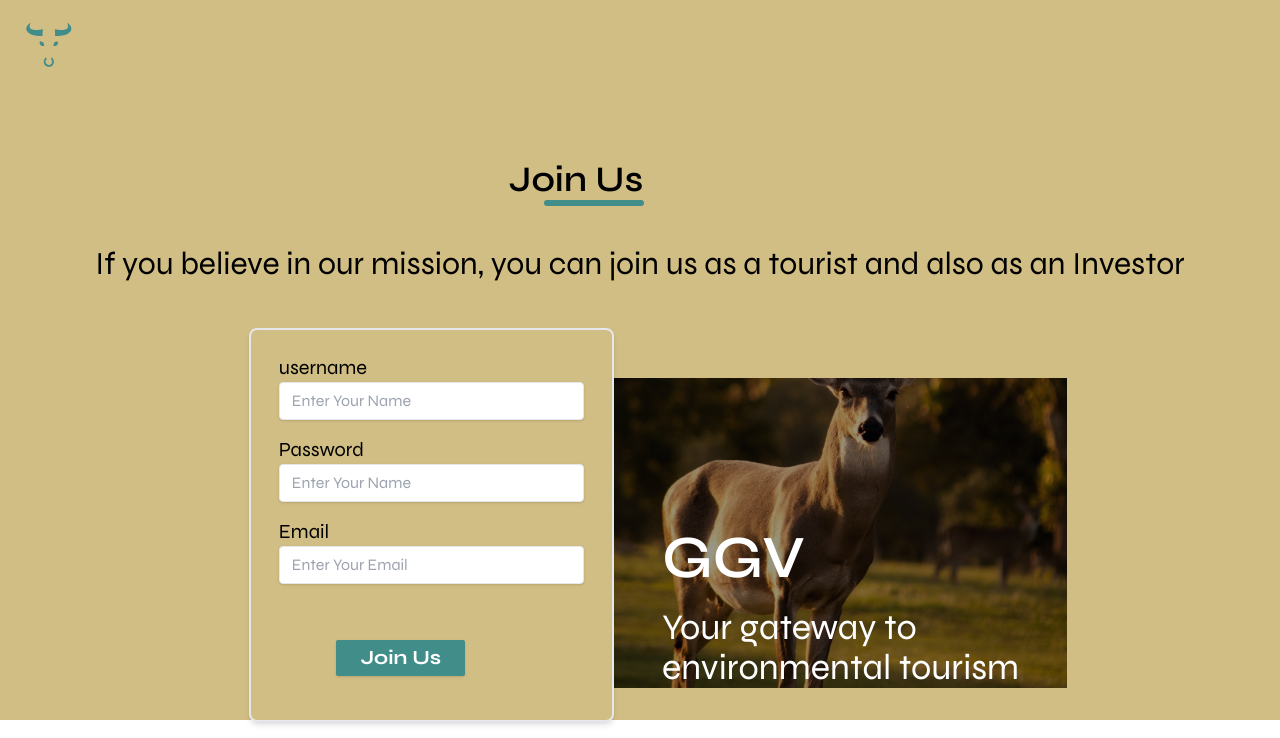
Repository: EngrAhmadUmar/landing-page
Page: /register
These files come from the project's save history. The page is drawn as it stood at one moment and after the next save; the edit follows.
The browser window is 1280 px wide. The pictures show the whole page.
The project was rebuilt for these pictures with package versions that can differ from the ones it lists, and the page was loaded fresh each time. The framework's server and built-in components were replaced by stand-ins that run in the browser. Also part of the build but not shown: next.config.js, src/Components/ApplyPageComponents/ApplyForm.jsx, src/Components/ApplyPageComponents/LoginForm.jsx.

Above is the page before, as saved 2022-07-06 10:42:51.

### pages/_app.js
import "../styles/globals.css";
import { ApolloClient, InMemoryCache, ApolloProvider } from "@apollo/client";

//apollo clients
const client = new ApolloClient({
  uri: "http://localhost:1337/graphql",
  cache: new InMemoryCache()
});

function MyApp({ Component, pageProps }) {
  return (
    <ApolloProvider client={client}>
      <Component {...pageProps} />
    </ApolloProvider>
  );
}

export default MyApp;

### pages/register.js
import React from "react";
import { RegisterForm } from "../src/Components/ApplyPageComponents/Index";

export default function Login() {
  return (
    <React.Fragment>
      <div className="bg-[#d1be84] h-[100vh]">
        <RegisterForm />
      </div>
    </React.Fragment>
  );
}

### pages/api/checkout_sessions.js
const stripe = require("stripe")(process.env.STRIPE_SECRET_KEY);

export default async function handler(req, res) {
  if (req.method === "POST") {
    try {
      const sgMail = require("@sendgrid/mail");
      sgMail.setApiKey(process.env.SENDGRID_API_KEY);
      const message = {
        to: "zcaptain65@gmail.com",
        from: "zcaptain2002@gmail.com",
        // subject: "Scenario 44",
        // text: "Lift and coast where possible",
        templateId: "d-f408be01db99489cbd757d4607cf23f2",
        dynamicTemplateData: {
          subject: "GGV Test Email",
        },
        // html: "<h1>Success</h1> <p>We received your purchase request;<br/> we'll be in touch shortly!</p>",
      };

      sgMail
        .send(message)
        .then((response) => console.log("Email Sent"))
        .catch((error) => console.log(error.message));
      // Create Checkout Sessions from body params.
      const session = await stripe.checkout.sessions.create({
        line_items: [
          {
            // Provide the exact Price ID (for example, pr_1234) of the product you want to sell
            price: "price_1LG6qaFQPGmzrn5tDKjmnos3",
            quantity: 1,
          },
        ],
        mode: "payment",

        success_url: `${req.headers.origin}/payments/?success=true`,
        cancel_url: `${req.headers.origin}/payments/?canceled=true`,
      });
      res.redirect(303, session.url);
    } catch (err) {
      res.status(err.statusCode || 500).json(err.message);
    }
  } else {
    res.setHeader("Allow", "POST");
    res.status(405).end("Method Not Allowed");
  }
}

### styles/globals.css
@import url("https://fonts.googleapis.com/css2?family=Poppins:wght@400;500;600&family=Syne:wght@400;500;600;700&display=swap");

@tailwind base;
@tailwind components;
@tailwind utilities;

### src/Components/ApplyPageComponents/Index.jsx
export { default as ApplyForm } from "./ApplyForm";
export { default as LoginForm } from "./LoginForm";
export { default as RegisterForm } from "./RegisterForm";

### src/Components/ApplyPageComponents/RegisterForm.jsx
import { gql, useMutation } from "@apollo/client";
import Head from "next/head";
import Image from "next/image";
import { useState } from "react";
import styles from "../../../styles/Home.module.css";

const reg = gql`
  mutation joinUs($username: String!, $email: String!, $password: String!) {
    register(
      input: { username: $username, email: $email, password: $password }
    ) {
      jwt
      user {
        id
        email
      }
    }
  }
`;

const JoinUs = () => {
  const [username, setUsername] = useState("");
  const onChangeUsername = (e) => {
    setUsername(e.target.value);
  };
  const [email, setEmail] = useState("");
  const onChangeEmail = (e) => {
    setEmail(e.target.value);
  };
  const [password, setPassword] = useState("");
  const onChangePassword = (e) => {
    setPassword(e.target.value);
  };

  const [joinUs, { data, loading, error }] = useMutation(reg, {
    variables: {
      username: username,
      email: email,
      password: password
    }
  });

  const onSubmit = (e) => {
    e.preventDefault();
    if (username === "" || email === "" || password === "") {
      return alert("please fill in all fields");
    }
    joinUs(username, password, email);

    setEmail("");
    setPassword("");
    setUsername("");
  };

  return (
    <div className=" font-syne " id="joinUs">
      <Head>
        <title>Welcome to GGV</title>
        <meta name="description" content="Join Our Family" />
      </Head>
      <div className="w-[50px] h-40 pt-5 ml-6">
        <Image
          src="/logo.svg"
          layout="responsive"
          width={5}
          height={5}
          opacity={100}
        />
      </div>
      <div className="">
        <div className="max-w-[90vw]">
          <h3 className="text-4xl font-semibold text-center ">Join Us</h3>
          <div className={`${styles.header} ${"text-center w-[85vw]"}`}></div>
        </div>

        <p className="text-center mt-8 px-4 leading-loose text-[1.3rem] md:text-[1.5rem] lg:text-[2rem] lg:px-[4rem]">
          If you believe in our mission, you can join us as a tourist and also
          as an Investor{" "}
        </p>
      </div>

      <div className="max-w-md md:max-w-3xl lg:max-w-full ml-[5vh] mt-8 flex items-center justify-center">
        <form
          onSubmit={onSubmit}
          className="pt-6 pb-8 mb-4 border-2 rounded-lg shadow-md px-7 border-gray "
        >
          <div className="mb-4">
            <label className="text-lg md:text-xl">username</label>
            <input
              type="text"
              name="username"
              value={username}
              onChange={(e) => onChangeUsername(e)}
              placeholder="Enter Your Name"
              className="w-full px-3 py-2 leading-tight text-gray-700 border rounded shadow appearance-none focus:outline-none focus:shadow-outline"
            />
          </div>
          <div className="mb-4">
            <label className="text-lg md:text-xl">Password</label>
            <input
              type="text"
              name="password"
              value={password}
              onChange={onChangePassword}
              placeholder="Enter Your Name"
              className="w-full px-3 py-2 leading-tight text-gray-700 border rounded shadow appearance-none focus:outline-none focus:shadow-outline"
            />
          </div>
          <div className="mb-6">
            <label className="text-lg md:text-xl">Email</label>
            <input
              type="email"
              className="w-full px-3 py-2 leading-tight text-gray-700 border rounded shadow appearance-none focus:outline-none focus:shadow-outline"
              name="email"
              onChange={onChangeEmail}
              placeholder="Enter Your Email"
              value={email}
            />
          </div>

          {/* <div>
            <label className="text-lg md:text-xl">Password</label>
            <input
              type="text"
              ref={passwordInputRef}
              className="w-full px-3 py-2 leading-tight text-gray-700 border rounded shadow appearance-none focus:outline-none focus:shadow-outline"
              placeholder="Enter Your Password"
              value={enteredPassword}
              onChange={passwordChangeHandler}
            />
          </div> */}
          {/* <div className="flex items-center mt-4">
            <div>
              <input type="checkbox" className="mr-2 leading-tight" />
              <span className="text-sm text-center md:text-lg">Tourist</span>
            </div>
            <div className="ml-5">
              <input type="checkbox" className="mr-2 leading-tight" />
              <span className="text-sm text-center md:text-xl">Investor</span>
            </div>
          </div> */}

          <div className="mt-5 ml-[8vh]">
            <button className="shadow bg-green focus:shadow-outline focus:outline-none text-white font-bold px-6 md:text-xl rounded-sm mt-8 mb-3 py-1">
              {loading ? "Sending" : "Join Us"}
            </button>
          </div>
        </form>

        <div className="md:flex hidden text-white bg-[url('/apply_for_visa_bg.png')]  bg-cover bg-no-repeat sm:bg-center md:bg-bottom lg:bg-bottom xl:bg-bottom 2xl:center">
          <div className="mt-[50px] md:mt-[150px] mx-4 md:mx-12">
            <h3 className="  text-4xl md:text-5xl lg:text-6xl font-semibold">
              GGV
            </h3>
            <p className="max-w-md md:max-w-xl text-2xl md:text-4xl mt-5">
              Your gateway to <br></br>environmental tourism
            </p>
          </div>
          <div></div>
        </div>
      </div>
      <>
        {data && (
          <div>
            <h1>Token: {data.register?.jwt}</h1>
            <span>UserID: {data.register.user?.id} </span>
            <span>UserEmail: {data.register.user?.email} </span>
          </div>
        )}
      </>

      <div></div>
    </div>
  );
};

export default JoinUs;

### styles/Home.module.css
.header {
  position: relative;
  font-size: clamp(3.8rem, -0.875rem + 8.333vw, 3.5rem);
}

/* .headerContainer {
  max-width: 300px;
} */

.header::before {
  content: "";
  position: absolute;
  background: #418d89;
  width: 100px;
  height: 6px;
  border-radius: 40px;
  font-family: "Syne";
}

.bgImage {
  animation: fadeIn ease-out 2s both;
  /* animation-delay: 1.5s; */
}

.heroText {
  animation: slideUp 0.75s 0.5s cubic-bezier(0.17, 0.88, 0.32, 1.27) both,
    fadeIn -25s 0.5s ease-out both;
}

@keyframes slideUp {
  from {
    transform: translateY(500%);
  }
  to {
    transform: translateY(-10%);
  }
}

@keyframes fadeIn {
  from {
    opacity: 0;
  }
  to {
    opacity: 1;
  }
}

### tailwind.config.js
/** @type {import('tailwindcss').Config} */
module.exports = {
  content: [
    "./pages/**/*.{js,ts,jsx,tsx}",
    "./components/**/*.{js,ts,jsx,tsx}",
    "./src/Components/**/*.{js,ts,jsx,tsx}"
  ],
  theme: {
    extend: {
      colors: {
        black: "#000107",
        green: "#418D89"
      },
      fontFamily: {
        syne: ["Syne"]
      }
    }
  },
  plugins: []
};

Loaded but not shown: pages/api/email.js (no copy from this time; the picture is the same without it)

After the next save:
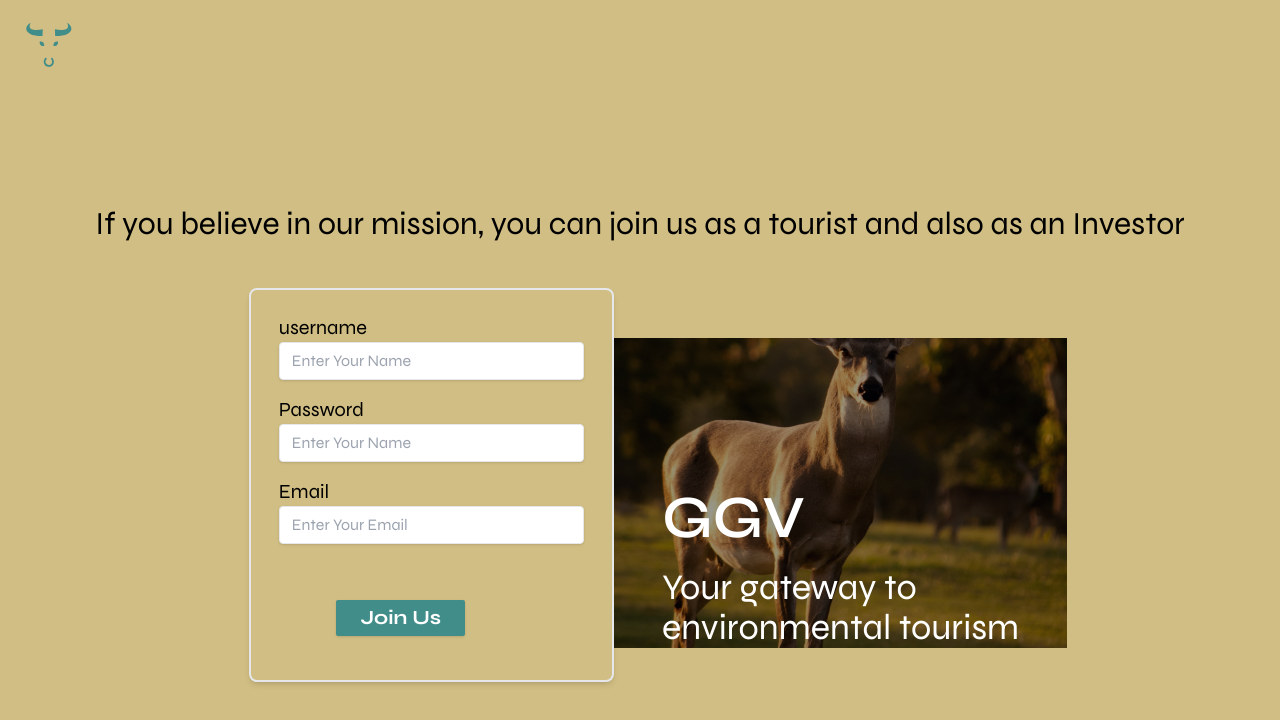
Saved 6 min 54 s later.
--- a/src/Components/ApplyPageComponents/RegisterForm.jsx
+++ b/src/Components/ApplyPageComponents/RegisterForm.jsx
@@ -68,10 +68,10 @@ const JoinUs = () => {
         />
       </div>
       <div className="">
-        <div className="max-w-[90vw]">
+        {/* <div className="max-w-[90vw]">
           <h3 className="text-4xl font-semibold text-center ">Join Us</h3>
           <div className={`${styles.header} ${"text-center w-[85vw]"}`}></div>
-        </div>
+        </div> */}
 
         <p className="text-center mt-8 px-4 leading-loose text-[1.3rem] md:text-[1.5rem] lg:text-[2rem] lg:px-[4rem]">
           If you believe in our mission, you can join us as a tourist and also
